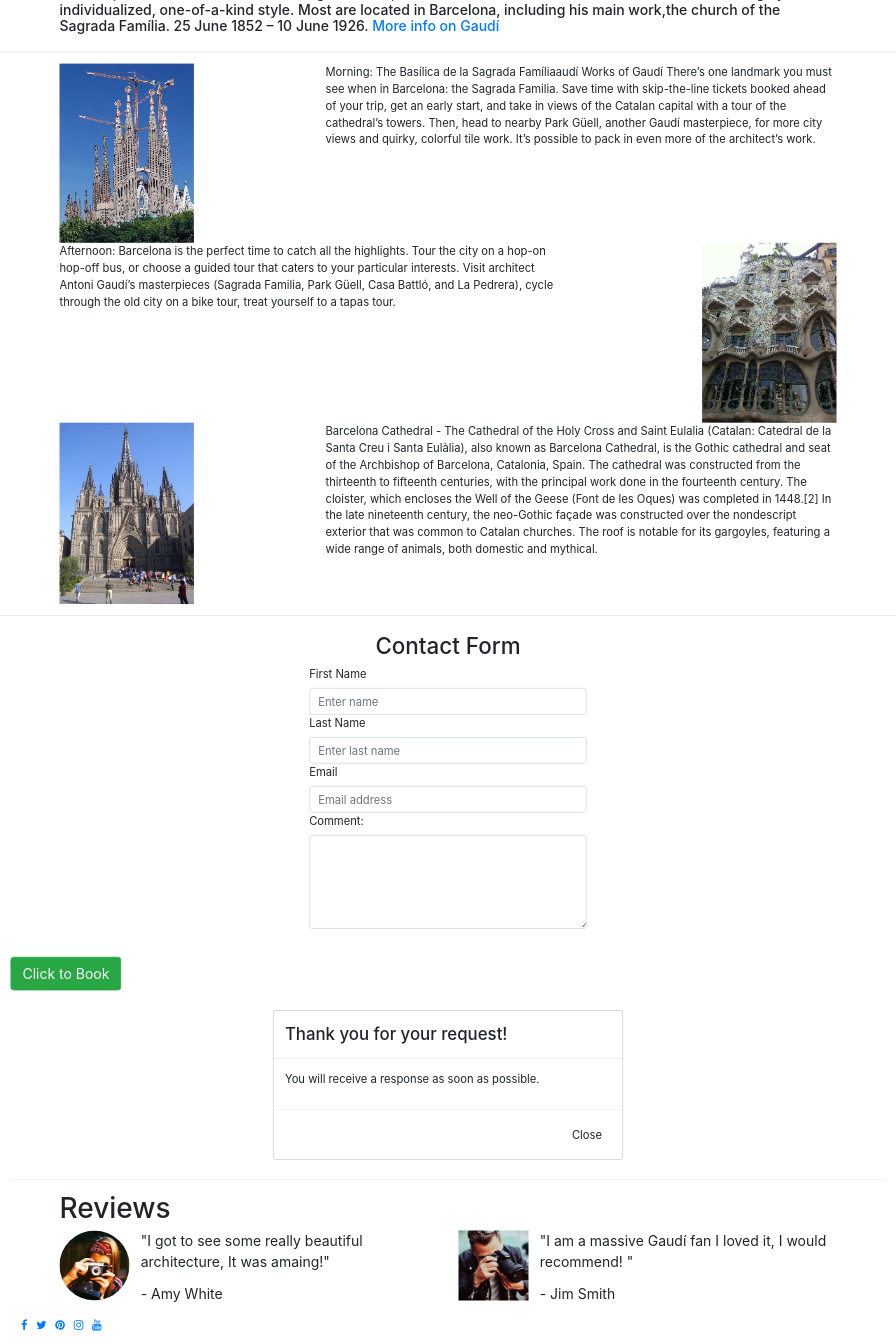
Repository: Taitdanielle/Milestone1
Page: index.html
The author's editor kept a record of every edit. The page is drawn from the files as they stood at one moment, then again after the next edit.
The browser window is 1280 px wide. The pictures show the part of the page from y = 1247 to 3167 px (the page is 3167 px tall), at 70% of full size.

Above is the page before.

### index.html
<!DOCTYPE html>
<html lang="en">

<head>
    <meta charset="UTF-8">
    <title>Gaudí in a day!</title>
    <meta name="viewport" content="width=device-width, initial-scale=1.0">
    <meta http-equiv="X-UA-Compatible" content="ie=edge">
    <link href="https://fonts.googleapis.com/css?family=Lato&display=swap" rel="stylesheet">
    <link rel="stylesheet" href="https://stackpath.bootstrapcdn.com/bootstrap/4.3.1/css/bootstrap.min.css" integrity="sha384-ggOyR0iXCbMQv3Xipma34MD+dH/1fQ784/j6cY/iJTQUOhcWr7x9JvoRxT2MZw1T" crossorigin="anonymous">
    <link rel="stylesheet" href="https://cdnjs.cloudflare.com/ajax/libs/font-awesome/4.7.0/css/font-awesome.min.css">
    <link rel="stylesheet" href="css/style.css" type="text/css" />
</head>

<body>

    <!-- nav -->

    <nav class="navbar navbar-expand-lg nav bg-light nav-bar-hover">
        <a class="navbar-brand" href="#">Gaudí in a Day</a>
        <button class="navbar-toggler" type="button" data-toggle="collapse" data-target="#navbarNav" aria-controls="navbarNav" aria-expanded="false" aria-label="Toggle navigation">
    <span class="navbar-toggler-icon"></span>
  </button>
        <div class="collapse navbar-collapse" id="navbarNav">
            <ul class="navbar-nav">
                <li class="nav-item active">
                    <a class="nav-link" href="#home">Home <span class="sr-only">(current)</span></a>
                </li>
                <li class="nav-item">
                    <a class="nav-link" href="#about">About</a>
                </li>
                <li class="nav-item">
                    <a class="nav-link" href="#review">Reviews</a>
                </li>
                <li class="nav-item">
                    <a class="nav-link" href="#contact">Contact</a>
                </li>
            </ul>
        </div>
    </nav>

    <!--Hero image and website slogan-->

    <header id="intro-image">
        <div class="container-fluid">
            <div class="row h-100 align-items-center justify-content-center">
                <div class="col-12">
                    <h1><b>Gaudí in a Day</b></h1>
                    <div class="col-12 mw-100">
                        <p>There are landmark's you must see when in Barcelona and for Gaudí fans this is the right place to be!</p>
                    </div>
                </div>
            </div>
        </div>
    </header>

    <!-- end hero image /-->

    <div class="container text-center">
        <h2> How to do Gaudí in a day?</h2>
        <p> For Gaudí fans this is the right place to be Save time with skip-the-line tickets booked ahead of your trip, get an early start, and take in views Catalan capital with a tour of the cathedral’s towers. Then, head to nearby Park Güell, another
            Gaudí masterpiece, for more city views and quirky, colorful tile work. It’s possible to pack in even more of the architect’s work with a Gaudí-themed tour that includes entrance to both Sagrada Familia and Park Güell, plus a walk down Passeig
            de Gracia to see Casa Batlló and La Pedrera from the outside. Have a look of some of the famous buildings below! </p>
    </div>

    <hr class="block-divider block-divider--short">

    <!-- image cards -->

    <div class="container">
        <div class="row">
            <div class="col-md-4">
                <div class="card-class">
                    <a href="#card1">
                    <img src="assets/images/gaudi2.jpg" class="card-img-top" alt="Casa Battlo Building"></a>
                    <div class="card-body">
                        <p class="card-text text-center"> <b>Casa Batlló</b></p>
                    </div>
                </div>
            </div>

            <div class="col-md-4">
                <div class="card-class">
                    <a href="#card2">
                    <img src="assets/images/Sta-eulalia.jpg" class="card-img-top" alt="The Cathedral of Barcelona"></a>
                    <div class="card-body">
                        <p class="card-text text-center"> <b>The Cathedral of Barcelona</b></p>
                    </div>
                </div>
            </div>

            <div class="col-md-4">
                <div class="card-class">
                    <a href="#card3">
                    <img src="assets/images/sagrada-familia.jpg" class="card-img-top" alt="sagrada familia"></a>
                    <div class="card-body">
                        <p class="card-text text-center"><b>Sagrada Familia</b>
                        </p>
                    </div>
                </div>
            </div>
        </div>
    </div>

    <!-- Gaudi info -->

    <hr class="block-divider block-divider--short">

    <div class="container">
        <div class="row">
            <div class="col-md-12 title-heading-conatainer">
                <h3>Antoni Gaudí </h3>
            </div>
            <div id="about" class="col-md-12 text-center">
                <img src="assets/images/gaudi.jpg" alt="antoni gaudi">
            </div>
            <div class="col-md-12">
                <h5>Was a Spanish architect known as the greatest exponent of Catalan Modernism. Gaudí's works have a highly individualized, one-of-a-kind style. Most are located in Barcelona, including his main work,the church of the Sagrada Família. 25
                    June 1852 – 10 June 1926.
                    <a href="https://en.wikipedia.org/wiki/Antoni_Gaud%C3%AD" target="_blank"> More info on Gaudí</a></h5>
            </div>
        </div>
    </div>

    <hr class="block-divider block-divider--short">
    <!-- Gaudi info End -->

    <!-- image info -->

    <div class="container">
        <div class="row">
            <div class="col-md-4" id="card3">
                <img src="assets/images/sagrada-familia.jpg" class="float-left" alt=building>
            </div>
            <div class="col-md-8">
                <p class="par-padding-left">Morning: The Basílica de la Sagrada Famíliaaudí Works of Gaudí There’s one landmark you must see when in Barcelona: the Sagrada Familia. Save time with skip-the-line tickets booked ahead of your trip, get an early start, and take in views
                    of the Catalan capital with a tour of the cathedral’s towers. Then, head to nearby Park Güell, another Gaudí masterpiece, for more city views and quirky, colorful tile work. It’s possible to pack in even more of the architect’s work.</p>
            </div>
        </div>
    </div>

    <div class="container">
        <div class="row">
            <div class="col-md-8">
                <p class="par-padding-right" id="card1"> Afternoon: Barcelona is the perfect time to catch all the highlights.
                Tour the city on a hop-on hop-off bus, or choose a guided tour that caters to your particular interests.
                Visit architect Antoni Gaudí’s masterpieces (Sagrada Familia, Park Güell, Casa Battló, and La Pedrera),
                cycle through the old city on a bike tour, treat yourself to a tapas tour.</p>
            </div>
            <div class="col-md-4">
                <img src="assets/images/gaudi2.jpg" class="float-right" alt="Building">
            </div>
        </div>
    </div>

    <div class="container">
        <div class="row">
            <div class="col-md-4">
                <img src="assets/images/Sta-eulalia.jpg" class="float-left" alt="barrigotic building">
            </div>
            <div class="col-md-8" id="card2">
                <p class="par-padding-left">Barcelona Cathedral - The Cathedral of the Holy Cross and Saint Eulalia (Catalan: Catedral de la Santa Creu i Santa Eulàlia), also known as Barcelona Cathedral, is the Gothic cathedral and seat of the Archbishop of Barcelona, Catalonia,
                    Spain. The cathedral was constructed from the thirteenth to fifteenth centuries, with the principal work done in the fourteenth century. The cloister, which encloses the Well of the Geese (Font de les Oques) was completed in 1448.[2]
                    In the late nineteenth century, the neo-Gothic façade was constructed over the nondescript exterior that was common to Catalan churches. The roof is notable for its gargoyles, featuring a wide range of animals, both domestic and mythical.
                </p>
            </div>
        </div>
    </div>

    <!-- Image info end /-->

    <hr class="block-divider block-divider--short">

    <!-- Contact Form -->

    <section class="container-fluid form mt-4" id="contact">
        <form action="#" method="post">
            <h2 class="text-center">Contact Form</h2>
            <div class="row">
                <div class="col-md-4 offset-md-4">
                    <label for="form-name">First Name</label>
                    <input type="text" class="form-control" id="form-name" placeholder="Enter name" name="name required">
                </div>
            </div>
            <div class="row">
                <div class="col-md-4 offset-md-4">
                    <label for="lastname">Last Name</label>
                    <input type="text "class="form-control" id="lastname" placeholder="Enter last name" name="lastname required">
                </div>
            </div>
            <div class="row ">
                <div class="col-md-4 offset-md-4">
                    <label for="email">Email</label>
                    <input type="email" class="form-control "name="email required "id="email" placeholder="Email address">
                </div>
            </div>
            <div class="row ">
                <div class="col-md-4 offset-md-4">
                    <div class="form-group">
                        <label for="comment">Comment:</label>
                        <textarea class="form-control" rows="5" id="comment "name="text required"></textarea>
                    </div>
                    <br>
                </div>
            </div>
            <div id="book ">
                <button type="button" class="btn btn-success btn-lg" data-toggle="modal" data-target="#myModal">Click to Book</button></div>
            <!-- Form End /-->

            <!-- Modal -->
            <div id="myModal" class="modal-fade" role="dialog">
                <div class="modal-dialog">

                    <!-- Modal content-->
                    <div class="modal-content">
                        <div class="modal-header">
                            <h4 class="modal-title">Thank you for your request!</h4>
                        </div>
                        <div class="modal-body">
                            <p>You will receive a response as soon as possible.</p>
                        </div>
                        <div class="modal-footer">
                            <button type="button" class="btn btn-default" data-dismiss="modal ">Close</button>
                        </div>
                    </div>

                </div>
            </div>
            </div>
            </section>

            <!-- Reviews -->
            <!-- /.callout -->
            <div class="container-fluid callout-container ">
                <hr class="block-divider block-divider--short">
                <!-- Quotes -->
                <div class="container-wrapper">
                    <div class="container quotes-container content-container">
                        <section class="quotes">
                            <h1>Reviews </h1>
                            <div class="row">
                                <div class="col-12 page-header">
                                </div>
                            </div>
                            <div class="row ">
                                <div class="col-12 col-md-6" id="review">
                                    <div class="media ">
                                        <div class="d-none d-sm-block">
                                            <img src="assets/images/girl.jpg" class="rounded-circle mr-3 " height=100 width=100 alt="girl">
                                        </div>
                                        <div class="media-body ">
                                            <blockquote class="blockquote">
                                                <p>"I got to see some really beautiful architecture, It was amaing!"</p>
                                                <p>- Amy White</p>
                                            </blockquote>
                                        </div>
                                    </div>
                                </div>
                                <div class="col-12 col-md-6">
                                    <div class="media ">
                                        <div class="d-none d-sm-block ">
                                            <img src="assets/images/man.jpg " class="rounded-circ le mr-3" height=100 width=100 a lt="man">
                                        </div>
                                        <div class="media-body ">
                                            <blockquote class="blockquote ">
                                                <p>"I am a massive Gaudí fan I loved it, I would recommend! "</p>
                                                <p>- Jim Smith</p>
                                            </blockquote>
                                        </div>
                                    </div>
                                </div>
                            </div>
                    </div>
                    </section>
                    <!-- Reviews end -->
                    <!-- footer -->

                    <footer class="container-fluid ">
                        <div id="footer-details " class="row ">
                            <div class="col-sm-12 ">
                                <ul class="list-inline social-links ">
                                    <li class="list-inline-item ">
                                        <a target="_blank " href="https://www.facebook.com ">
                            <i class="fa fa-facebook " aria-hidden="true "></i>
                            <span class="sr-only ">Facebook</span>
                        </a>
                                    </li>
                                    <li class="list-inline-item ">
                                        <a target="_blank " href="https://www.twitter.com ">
                            <i class="fa fa-twitter " aria-hidden="true "></i>
                            <span class="sr-only ">Twitter</span>
                        </a>
                                    </li>
                                    <li class="list-inline-item ">
                                        <a target="_blank " href="https://www.pinterest.co.uk/ ">
                            <i class="fa fa-pinterest " aria-hidden="true "></i>
                            <span class="sr-only ">Pinterest</span>
                        </a>
                                    </li>
                                    <li class="list-inline-item ">
                                        <a target="_blank " href="https://www.instagram.com ">
                            <i class="fa fa-instagram " aria-hidden="true "></i>
                            <span class="sr-only ">Instagram</span>
                        </a>
                                    </li>
                                    <li class="list-inline-item ">
                                        <a target="_blank " href="https://www.youtube.com/ ">
                            <i class="fa fa-youtube " aria-hidden="true "></i>
                            <span class="sr-only ">YouTube</span>
                        </a>
                                    </li>
                                </ul>
                            </div>
                        </div>
                </div>

                <!--Jquery bootstrap and propper js scripts added for additional functionality-->

    <script src="https://code.jquery.com/jquery-3.4.1.min.js "></script>
    <script src="https://cdnjs.cloudflare.com/ajax/libs/popper.js/1.15.0/umd/popper.min.js "></script>
    <script src="https://stackpath.bootstrapcdn.com/bootstrap/4.3.1/js/bootstrap.min.js "></script>

</body>

</html>

### css/style.css
container {
    background-color: #FBEAFF;
}

After the next edit:
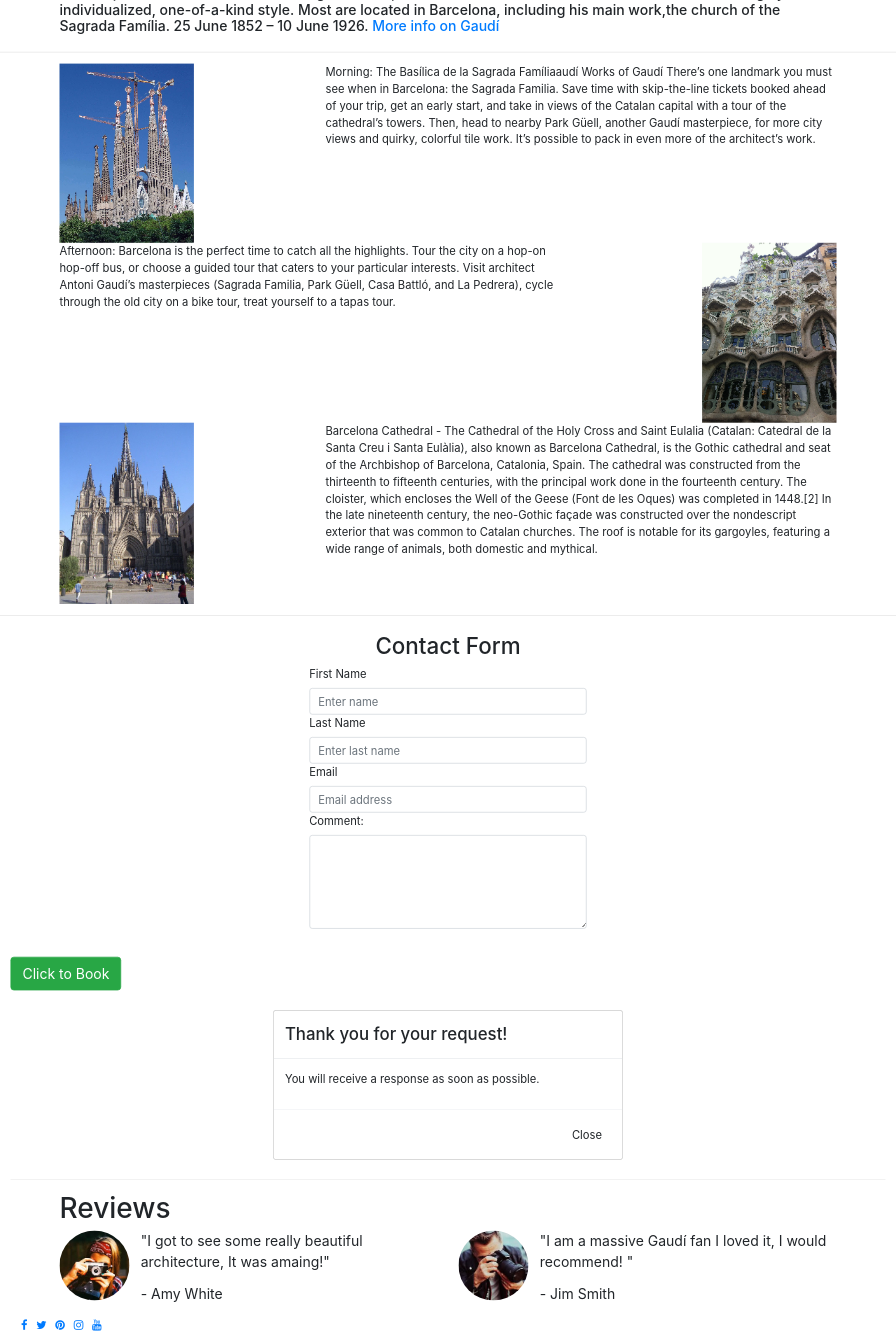
The edit:
--- a/index.html
+++ b/index.html
@@ -258,8 +258,8 @@
                                 </div>
                                 <div class="col-12 col-md-6">
                                     <div class="media ">
-                                        <div class="d-none d-sm-block ">
-                                            <img src="assets/images/man.jpg " class="rounded-circ le mr-3" height=100 width=100 a lt="man">
+                                        <div class="d-none d-sm-block">
+                                            <img src="assets/images/man.jpg " class="rounded-circle mr-3" height=100 width=100 alt="man">
                                         </div>
                                         <div class="media-body ">
                                             <blockquote class="blockquote ">
